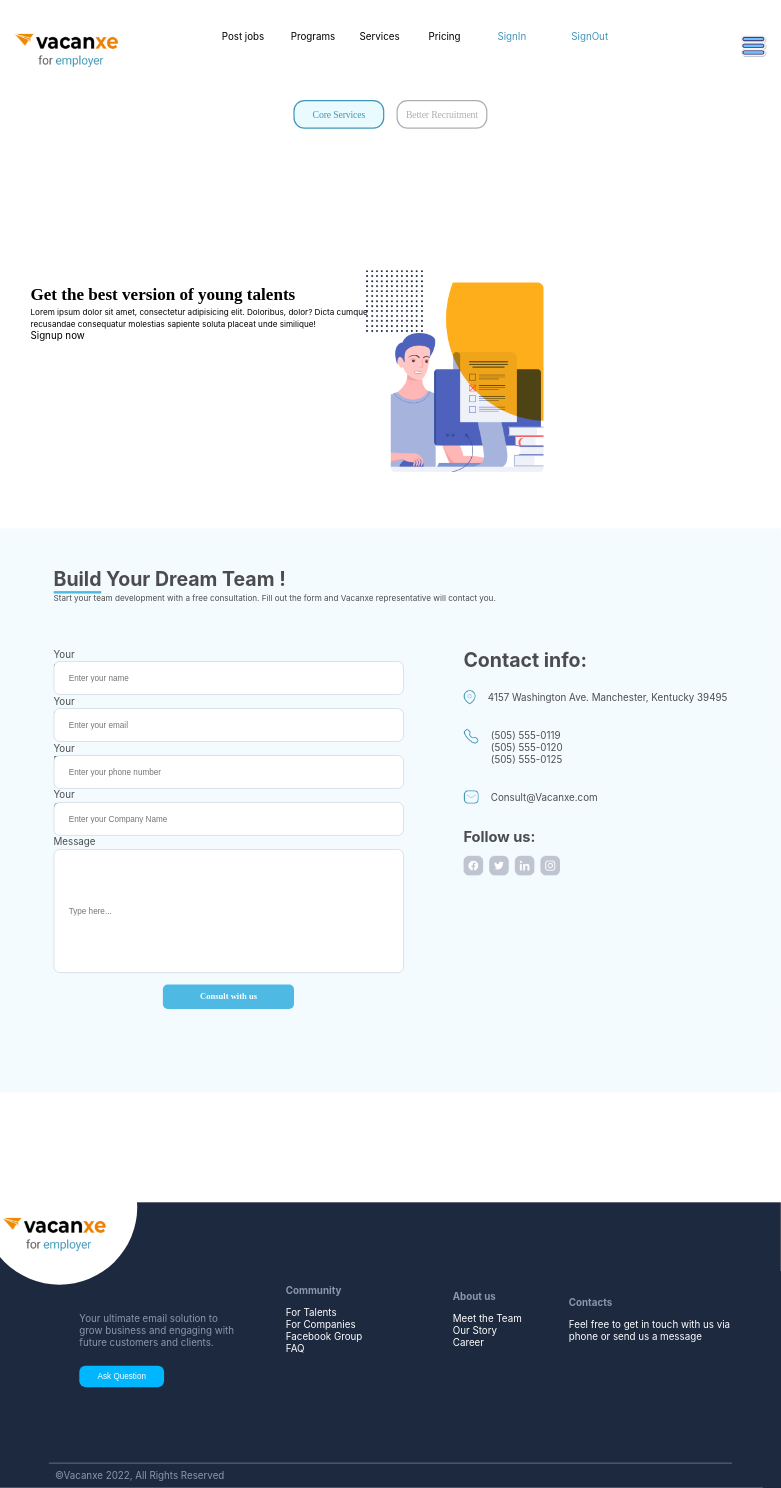
Repository: uh-sman/Vacanxe
Page: /
The author's editor kept a copy of each file at every save. The page is drawn from the files as they stood at one save, then again after a run of saves.
The browser window is 1280 px wide. The pictures show the whole page, at 61% of full size.
The project was rebuilt for these pictures with package versions that can differ from the ones it lists, and the page was loaded fresh each time.

Above is the page before, as saved 2022-12-03 18:33:16.

### src/App.js
import logo from "./logo.svg";
import "./App.css";
import Head from "./components/Head";

function App() {
  return (
    <div className="App">
      <Head />
    </div>
  );
}

export default App;

### src/App.css
* {
  margin: 0;
  padding: 0;
  box-sizing: border-box;
  list-style: none;
  text-decoration: none;
}
/* @keyframes App-logo-spin {
  from {
    transform: rotate(0deg);
  }
  to {
    transform: rotate(360deg);
  }
} */

### src/components/Head.js
import React from "react";
import { Body } from "./Body";
import { Footer } from "./Footer";
import { Navbar } from "./Navbar";
import { Team } from "./Team";

const Head = () => {
  return (
    <div>
      <Navbar />
      <Body />
      <Team />
      <Footer />
    </div>
  );
};

export default Head;

### src/components/Body.jsx
import React from "react";
import "./version.css";
import { Services } from "./Services";
import { Versions } from "./Versions";
export const Body = () => {
  return (
    <div>
      <Services />
      <div className="flex">
        <Versions />
      </div>
    </div>
  );
};

### src/components/Footer.jsx
import React from "react";
import logo from "../assets/logo 1.png";
import "./footer.css";
export const Footer = () => {
  return (
    <div>
      <div className="footer-section">
        <div className="image-logo">
          <img src={logo} />
        </div>
        <div className="footer-texts">
          <div className="div">
            <p className="text">
              Your ultimate email solution to grow business and engaging with
              future customers and clients.
            </p>
            <button className="button">Ask Question</button>
          </div>
          <div className="div">
            <ul>
              <h4>Community</h4>
              <li>For Talents</li>
              <li>For Companies</li>
              <li>Facebook Group</li>
              <li>FAQ</li>
            </ul>
          </div>
          <div className="div">
            <ul>
              <h4>About us</h4>
              <li>Meet the Team</li>
              <li>Our Story</li>
              <li>Career</li>
            </ul>
          </div>
          <div className="div">
            <ul>
              <h4>Contacts</h4>
              <p>
                Feel free to get in touch with us via phone or send us a message
              </p>
            </ul>
          </div>
        </div>
        <div className="div">
          <ul>
            <li className="copyright">
              &copy;Vacanxe 2022, All Rights Reserved
            </li>
            <li></li>
          </ul>
        </div>
      </div>
    </div>
  );
};

### src/components/Navbar.jsx
import React from "react";
import logo from "../assets/logo 1.png";
import { data } from "./data";
import { signin } from "./data";
import "./navbar.css";
import { SideNav } from "./SideNav";
export const Navbar = () => {
  return (
    <div>
      <nav>
        <div className="navbar-container">
          <div>
            <img src={logo} />
          </div>
          <div className="navbar-nav">
            <div className="nav-list">
              {data.map(({ id, title }) => {
                return (
                  <ul key={id}>
                    <li>{title}</li>
                  </ul>
                );
              })}
            </div>
            <div className="link">
              {signin.map(({ id, title }) => {
                return (
                  <a href="" key={id}>
                    {title}
                  </a>
                );
              })}
            </div>
          </div>
          <SideNav />
        </div>
        <div></div>
      </nav>
    </div>
  );
};

### src/components/Team.jsx
import React from "react";
import { ContactInfo } from "./ContactInfo";
import { Form } from "./Form";
import "./team.css";
export const Team = () => {
  return (
    <div>
      <div className="team-container">
        <div className="team">
          <div className="build">
            <div className="team-header">
              <h1>
                <span className="custom"> Build</span> Your Dream Team !
              </h1>
              <small className="small">
                Start your team development with a free consultation. Fill out
                the form and Vacanxe representative will contact you.
              </small>
            </div>
            <div className="flexed">
              {" "}
              <div>
                <Form />
              </div>
              <div>
                <ContactInfo />
              </div>
            </div>
          </div>
        </div>
      </div>
    </div>
  );
};
// ;

### src/components/version.css
.version-link {
}
.versions-container {
  margin-top: 80px;
}
.versions-section {
  display: grid;
  /* place-items: center; */

  padding: 86px 50px;

  grid-template-columns: 1fr 1fr;
}
.h2 {
  font-family: Poppins;
  font-size: 28px;
  font-weight: 700;
  line-height: 37px;
  letter-spacing: 0em;
  /* text-align: left; */
  /* width: 379px;
  height: 74px; */

  /* font-family: "Poppins";
  font-style: normal;
  font-weight: 700;
  font-size: 28px;
  line-height: 37px; */
}
.man {
  height: 313.4984436035156px;
  width: 251.41943359375px;
  /* left: 872.580078125px;
top: 830.1708984375px;
border-radius: [object Object]px; */
}
.flex {
  display: flex;
  gap: 36px;
}
/* .versions-container {
  display: flex;
  flex-direction: column;
  justify-content: center;
  align-items: center;
  margin: auto;
} */
.dotted {
  position: absolute;
  margin-top: -20px;
  margin-left: -40px;
}

### src/components/Services.jsx
import React from "react";
import "./services.css";
export const Services = () => {
  return (
    <div>
      <div>
        <ul className="services-button-section">
          <a className="btn-core">Core Services</a>
          <a className="btn-better">Better Recruitment</a>
        </ul>
      </div>
    </div>
  );
};

### src/components/Versions.jsx
import React from "react";
import "./version.css";
import man from "../assets/computer.png";
import dotted from "../assets/Dot Pattern 1.png";
export const Versions = () => {
  return (
    <div>
      <div className="versions-container">
        <div className="versions-section">
          <div>
            <h2 className="h2">Get the best version of young talents</h2>
            <small>
              Lorem ipsum dolor sit amet, consectetur adipisicing elit.
              Doloribus, dolor? Dicta cumque recusandae consequatur molestias
              sapiente soluta placeat unde similique!
            </small>
            <div>
              <a className="version-link">Signup now </a>
            </div>
          </div>
          <div>
            <img src={dotted} className="dotted" />
            <img src={man} className="man" />
          </div>
          <div></div>
          <div></div>
          <div></div>
          <div></div>
        </div>
      </div>
    </div>
  );
};

### src/components/footer.css
.footer-section {
  background: #1d293f;
  /* height: 533px; */
  /* width: 1600px; */
  /* left: 127px; */
  /* top: 0px;
  border-radius: 0px; */
}

.image-logo {
  position: absolute;
  /* top: 0; */
  margin-top: -120px;
  /* left: -2px; */
  /* display: flex;
  align-items: center;
  justify-content: center; */
  background-color: white;
  padding-top: 140px;
  padding-left: 30px;
  /* width: 25%; */
  /* height: 40%; */
  /* padding: 10px; */
  height: 255px;
  width: 255px;
  left: -30px;
  /* top: -105px; */
  border-radius: 0px;

  border-radius: 50%;
}
.button {
  border: none;
  margin-top: 28px;
  color: white;
  background: #00b6ff;
  padding: 10px 30px;
  border-radius: 10px;
}
.ultimate-email {
  color: white;
  position: absolute;
  margin-top: 180px;
  padding-left: 245px;
  /* height: 84px;
  left: 21.54%;
  right: 63.06%;
  top: calc(50% - 84px / 2 - 108.5px); */
}
.footer-texts {
  color: #ffff;
  display: grid;
  padding-top: 80px;
  padding-left: 50px;
  /* margin-left: 120px; */
  margin: 0px 80px;
  place-items: center;
  /* margin-right: 40px; */
  margin-top: 180px;
  grid-template-columns: 1fr 1fr 1fr 1fr;
  padding-bottom: 124px;
  border-bottom: 1px solid #8c97ac;
}
.footer-texts h4 {
  color: #8c97ac;
  margin-bottom: 16px;
}
/* .ultimate-email p {
  width: 40%;
} */
.text {
  margin-top: 100px;
  color: #8c97ac;
}
.copyright {
  color: #8c97ac;
  padding: 10px 90px;
}
@media only screen and (min-width: 650px) and (max-width: 1200px) {
  .footer-texts {
    padding-top: 150px;
    grid-template-columns: 1fr 1fr;
    text-align: center;
  }
  .text {
    margin-top: 0px;
  }
  .div {
    margin-bottom: 40px;
  }
}
@media only screen and (max-width: 650px) {
  .footer-texts {
    padding-left: 0px;
    padding-top: 180px;
    grid-template-columns: 1fr;
    text-align: center;
  }
  .text {
    margin-top: 0px;
  }
  .div {
    margin-bottom: 40px;
  }
}

### src/components/data.js
export const data = [
  {
    id: 1,
    title: "Post jobs",
  },
  {
    id: 2,
    title: "Programs",
  },
  {
    id: 3,
    title: "Services",
  },
  {
    id: 4,
    title: "Pricing",
  },
];

export const signin = [
  {
    id: 1,
    title: "SignIn",
  },
  {
    id: 2,
    title: "SignOut",
  },
];

### src/components/navbar.css
.navbar-container {
  display: flex;
  justify-content: space-between;
  margin: 50px 20px;
}
.nav-list {
  display: flex;
  gap: 30px;
}
.navbar-nav {
  display: flex;
  gap: 30px;
}
.nav-list ul li {
  height: 43px;
  width: 83px;
  left: 770px;
  top: 36px;
  /* border-radius: nullpx; */
}
.link {
  /* margin-right: 80px; */
  display: flex;
  gap: 10px;
}
.link a {
  color: #4196b8;
  height: 31px;
  width: 111px;
  left: 1221px;
  top: 47px;
  /* border-radius: nullpx; */
}
.burger-img {
  width: 50px;
}
@media only screen and (max-width: 1200px) {
  .navbar-nav {
    display: none;
  }
  .sidebar-container {
    /* display: inline-block; */
    /* margin: 0 0.5rem; */
    /* animation: slideInRight 2s; */
    /* animation-duration: 2s; */
    border-top-left-radius: 10px;
    border-bottom-left-radius: 10px;
    height: 100%;
    width: 60%;
    top: 0px;
    right: 0px;
    background-color: #222222;
    position: fixed;
  }
}

### src/components/SideNav.jsx
import React, { useState } from "react";
import "./navbar.css";
import burger from "../assets/burger-menu.png";
import { data } from "./data";
export const SideNav = () => {
  const [open, setOpen] = useState(false);
  return (
    <div>
      {open ? (
        data.map(({ title, id }) => {
          return (
            <div key={id} className="sidebar-container">
              <ul>
                {/* <h1></h1> */}
                <li>{title}</li>
              </ul>
            </div>
          );
        })
      ) : (
        <img
          src={burger}
          className="burger-img"
          onClick={(e) => setOpen(!open)}
        />
      )}
    </div>
  );
};

### src/components/ContactInfo.jsx
import React from "react";
import "./contact.css";
import location from "../assets/Location.png";
import message from "../assets/Message.png";
import twitter from "../assets/twitter.png";
import facebook from "../assets/facebook.png";
import instagram from "../assets/instagram.png";
import linkedin from "../assets/linkedin.png";
import stroke from "../assets/Stroke 5.png";
export const ContactInfo = () => {
  return (
    <div>
      <div className="contact-container">
        <h1 className="header-text">Contact info:</h1>
        <div className="contact-section">
          <div>
            <p className="contact">
              <img src={location} /> 4157 Washington Ave. Manchester, Kentucky
              39495
            </p>
          </div>
          <div>
            <ul className="contact-list">
              <div>
                <img src={stroke} />
              </div>
              <div>
                <li>(505) 555-0119</li>
                <li>(505) 555-0120</li>
                <li>(505) 555-0125</li>
              </div>
            </ul>
          </div>
          <div>
            <p className="contact">
              <img src={message} /> Consult@Vacanxe.com
            </p>
          </div>
          <div>
            <h2>Follow us:</h2>
            <div className="socials">
              <img src={facebook} />
              <img src={twitter} />
              <img src={linkedin} />
              <img src={instagram} />
            </div>
          </div>
        </div>
      </div>
    </div>
  );
};

### src/components/Form.jsx
import React from "react";
import { ContactInfo } from "./ContactInfo";
import "./form.css";
export const Form = () => {
  return (
    <div>
      <div className="team-section">
        <div>
          <form className="form-container">
            <div className="form">
              <label>Your name</label>
              <input className="input-field" placeholder="Enter your name" />
            </div>
            <div className="form">
              <label>Your email</label>
              <input className="input-field" placeholder="Enter your email" />
            </div>
            <div className="form">
              <label>Your Phone Number</label>
              <input
                className="input-field"
                placeholder="Enter your phone number"
              />
            </div>
            <div className="form">
              <label>Your Company Name</label>
              <input
                className="input-field"
                placeholder="Enter your Company Name"
              />
            </div>
            <div className="form">
              <label>Message</label>
              <input className="message" placeholder="Type here..." />
            </div>
            <button className="form-button">Consult with us</button>
          </form>
        </div>
      </div>
    </div>
  );
};

### src/components/team.css
.team-container {
  background: #f4fbff;
  /* height: 1101px; */
  /* width: 1539px; */
  /* left: -14px;
top: 2142px; */
  border-radius: 0px;
}
.custom {
  border-bottom: 4px solid #4eb9e3;
}
.build {
  color: #4b4c4e;
}
.flexed {
  margin: 73px 0px;
  display: flex;
  gap: 98px;
}
.team {
  display: flex;
  justify-content: center;
  padding: 64px 0px;
}
/* .small {
  padding-bottom: 73px;
} */
@media only screen and (max-width: 950px) {
  .flexed {
    flex-direction: column;
  }
  .team-header {
    text-align: center;
  }
}

### src/components/services.css
.services-button-section {
  display: flex;
  gap: 20px;
  justify-content: center;
  margin-bottom: 86px;
}
.btn-core {
  font-family: Poppins;
  font-size: 16px;
  font-weight: 500;
  line-height: 24px;
  letter-spacing: -0.015em;
  text-align: center;
  border: 2px solid #4196b8;
  height: 47px;
  width: 149px;
  display: flex;
  align-items: center;
  justify-content: center;
  border-radius: 18px;
  background-color: #e9fbff;
  color: #4196b8;
}
.btn-better {
  font-family: Poppins;
  font-size: 16px;
  font-weight: 500;
  line-height: 24px;
  letter-spacing: -0.015em;
  text-align: center;
  border: 2px solid #afafaf;
  height: 47px;
  width: 149px;
  display: flex;
  align-items: center;
  justify-content: center;
  border-radius: 18px;
  background-color: #ededed 10%;
  color: #afafaf;
}

### src/components/contact.css
.header-text {
  /* height: 28px;
  width: 132px;
  left: 931px;
  top: 2435px;
  border-radius: nullpx; */
}
.contact {
  display: flex;
  align-items: center;
  gap: 20px;
}
.contact-section {
  display: flex;
  flex-direction: column;
  gap: 40px;
  margin: 30px 0px;
}
.contact-list {
  display: flex;
  gap: 20px;
}
.socials {
  margin-top: 16px;
  display: flex;
  gap: 10px;
}
@media only screen and (max-width: 750px) {
  .contact-container {
    padding: 0px 30px;
  }
}

### src/components/form.css
.form {
  display: flex;
  flex-direction: column;
}
.form label {
  height: 22px;
  width: 78px;
  left: 263px;
  top: 2409px;
  border-radius: nullpx;
}
.input-field {
  padding: 0px 24px;
  height: 55px;
  width: 574px;
  left: 259px;
  top: 2536px;
  border-radius: 10px;
  border: 1px solid #c8d0da;
  outline: transparent;
}
.message {
  padding: 0px 24px;
  height: 203px;
  width: 574px;
  left: 259px;
  /* top: 2839px; */
  border: 1px solid #c8d0da;
  border-radius: 10px;
  outline: transparent;
}
.form-button {
  font-family: Rubik;
  font-size: 14px;
  font-weight: 700;
  line-height: 16px;
  /* letter-spacing: 0em; */
  /* text-align: left; */

  margin-top: 19px;
  border: none;
  color: white;
  background-color: #4eb9e3;
  height: 40px;
  width: 215px;
  left: 257px;
  top: 3061px;
  border-radius: 8px;
  padding: 12px 24px 12px 24px;
}
.form-container {
  display: flex;
  flex-direction: column;
  align-items: center;
  justify-content: center;
}
/* .team-section {
  display: flex;
  justify-content: center;
  align-items: center;
} */

@media only screen and (min-width: 200px) and (max-width: 600px) {
  .input-field {
    width: 350px;
  }
  .message {
    width: 350px;
  }
}

Loaded but not shown: public/index.html (common file); src/index.js (common file); src/index.css (common file); src/reportWebVitals.js (common file)

After the next 2 saves:
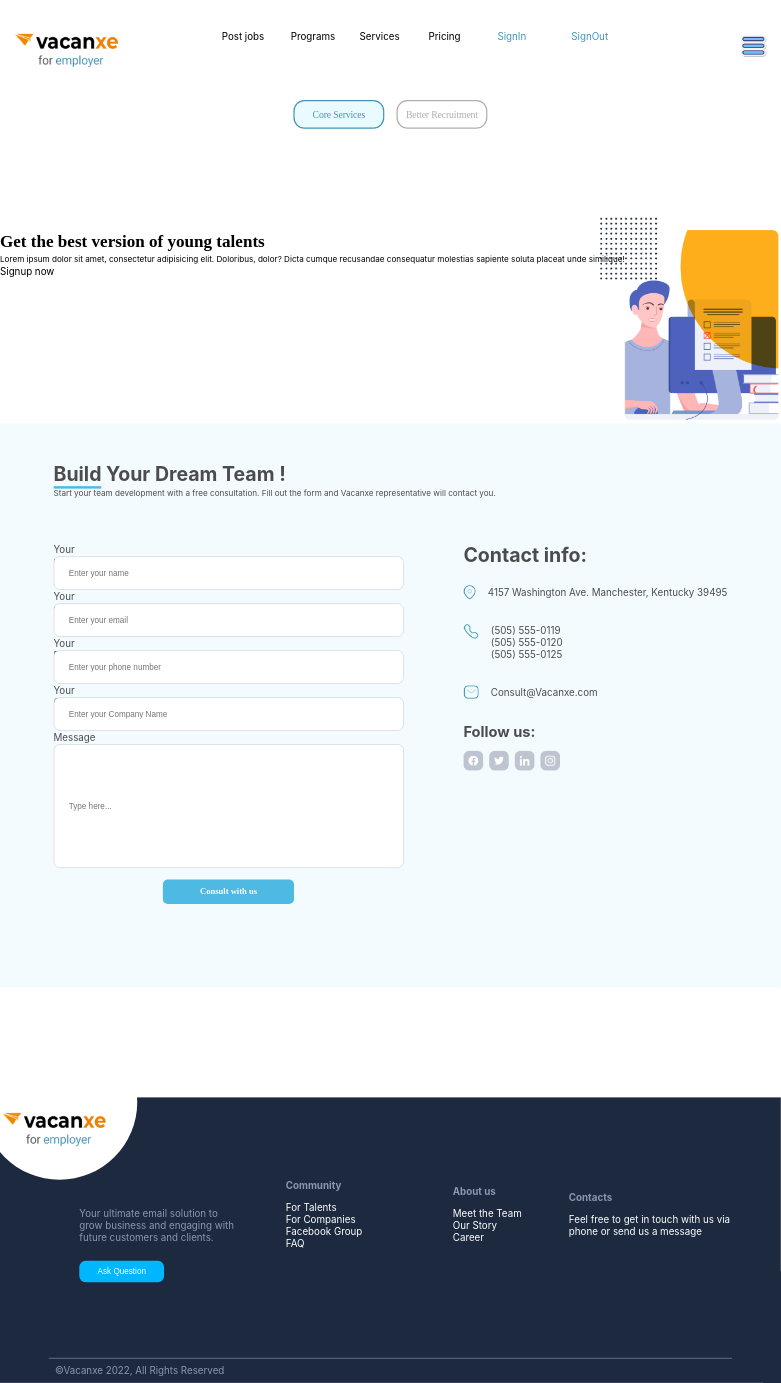
The 2 saves are shown as one change because they came seconds apart.
The last was saved 106 s later.
--- a/src/components/version.css
+++ b/src/components/version.css
@@ -4,12 +4,12 @@
   margin-top: 80px;
 }
 .versions-section {
-  display: grid;
+  /* display: grid; */
   /* place-items: center; */
+  display: flex;
+  /* padding: 86px 50px; */
 
-  padding: 86px 50px;
-
-  grid-template-columns: 1fr 1fr;
+  /* grid-template-columns: 1fr 1fr; */
 }
 .h2 {
   font-family: Poppins;
